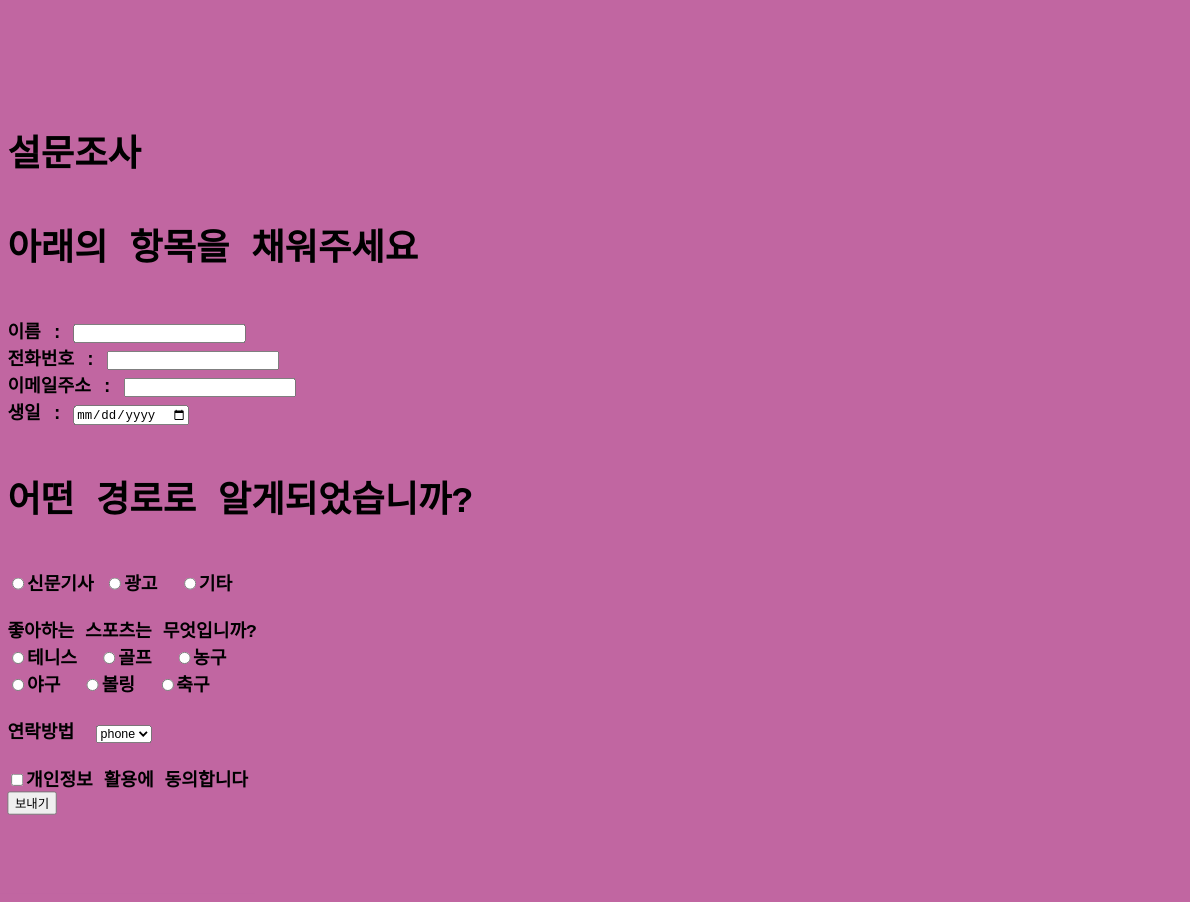
Repository: violetaplum/eclipseJSP
Page: http://localhost/JSP/jsp_DB/dao.jsp
These files come from the project's save history. The page is drawn as it stood at one moment and after a run of saves; the edit follows.
The browser window is 1280 px wide. The pictures show the whole page, at 93% of full size.
The page is served by Tomcat 9.

Above is the page before, as saved 2019-06-12 10:04:48.

After the next 2 saves:
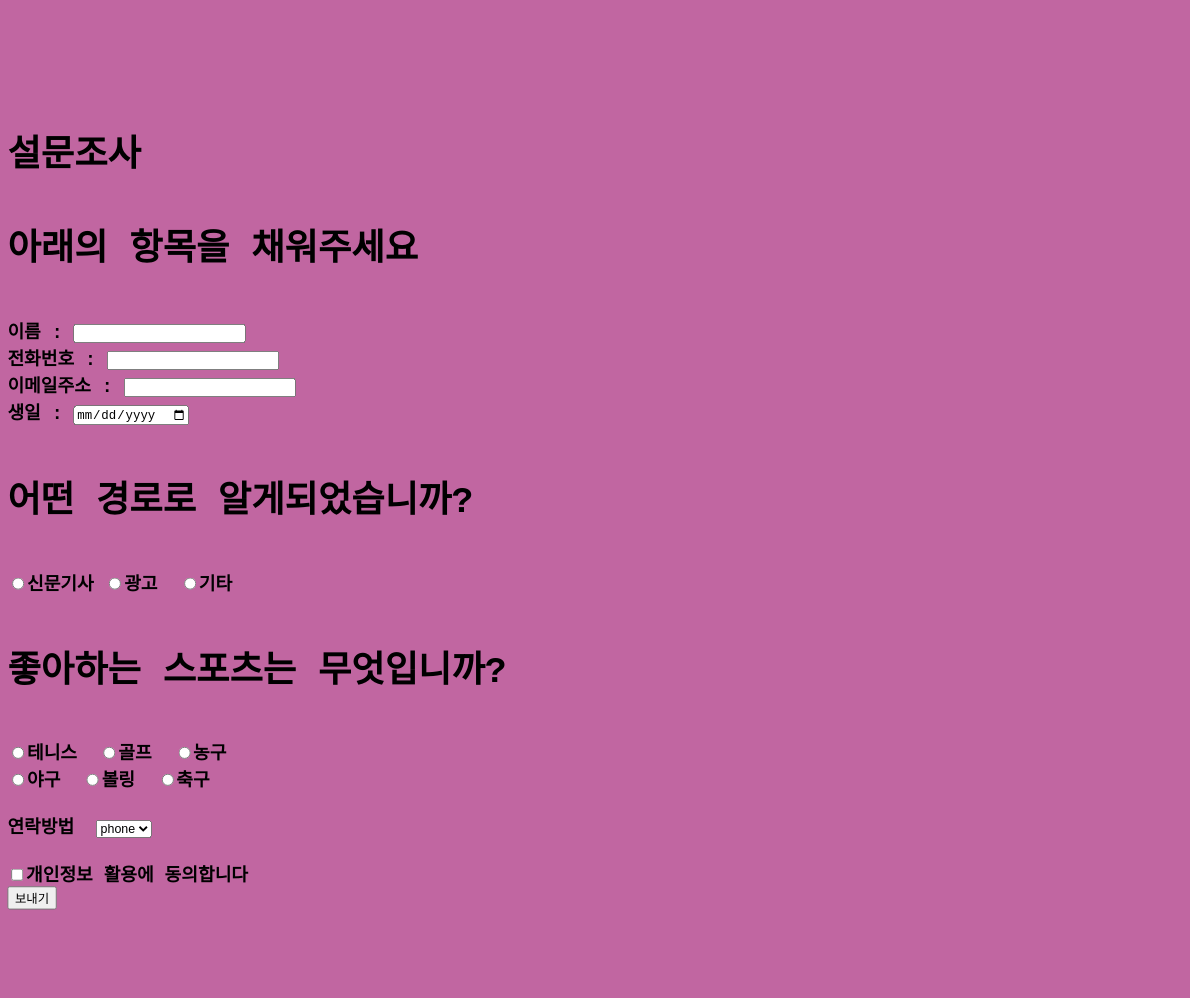
The 2 saves are shown as one change because they came seconds apart.
The last was saved 11 s later.
--- a/JSP/WebContent/jsp_DB/dao.jsp
+++ b/JSP/WebContent/jsp_DB/dao.jsp
@@ -45,7 +45,7 @@ ArrayList<TelInfoVO> tiArray = tidao.getAllInfo();
 <h1>어떤 경로로 알게되었습니까?</h1>
 <input type="radio" name="radio1" value="신문기사"/>신문기사 <input type="radio" name="radio1" value="광고"/>광고  <input type="radio" name="radio1" value="기타" />기타
 
-좋아하는 스포츠는 무엇입니까?
+<h1>좋아하는 스포츠는 무엇입니까?</h1>
 <input type="radio" name="radio2" value="테니스" />테니스  <input type="radio" name="radio2" value="골프" />골프  <input type="radio" name="radio2" value="농구" />농구
 <input type="radio" name="radio2" value="야구" />야구  <input type="radio" name="radio2" value="볼링" />볼링  <input type="radio" name="radio2" value="축구" />축구
 
